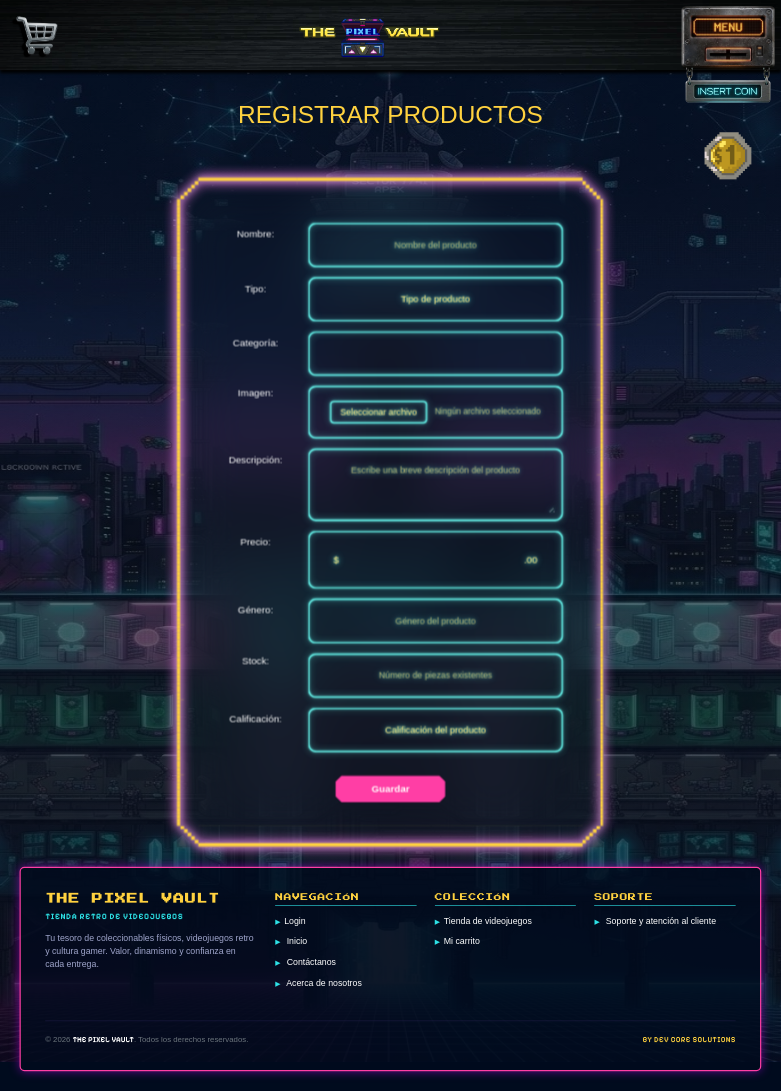
Repository: DianaSGarciaR/The-Pixel-Vault
Page: registroProducts.html
These files come from the project's save history. The page is drawn as it stood at one moment and after a run of saves; the edit follows.
The browser window is 1280 px wide. The pictures show the whole page, at 61% of full size.
Some web fonts or font styles are not loaded; a fallback is used.

Above is the page before, as saved 2026-10-21 14:13:06.
Console error: SyntaxError: Cannot use import statement outside a module

### registroProducts.html
<!DOCTYPE html>
<html lang="en">

<head>
    <meta charset="UTF-8">
    <meta name="viewport" content="width=device-width, initial-scale=1.0">
    <title>Registro de productos</title>
    <!-- !LINK BOOSTRAP-->
    <link href="https://cdn.jsdelivr.net/npm/bootstrap@5.3.8/dist/css/bootstrap.min.css" rel="stylesheet"
        integrity="sha384-sRIl4kxILFvY47J16cr9ZwB07vP4J8+LH7qKQnuqkuIAvNWLzeN8tE5YBujZqJLB" crossorigin="anonymous">
    <!-- !FIN LINK BOOSTRAP-->
    <link rel="stylesheet" href="./styles/registroProducts.css">
    <link rel="stylesheet" href="./styles/styles.css">
    <!--Link de fuente-->
    <style>
        @import url('https://fonts.googleapis.com/css2?family=Inter:ital,opsz,wght@0,14..32,100..900;1,14..32,100..900&family=Pixelify+Sans:wght@400..700&family=Quantico:ital,wght@0,400;0,700;1,400;1,700&display=swap');
    </style>
</head>

<body>
    <!--* --------- INICIO: navbar --------- -->
    <main class="navThePixelVault"></main>
    <!--* --------- FIN: navbar --------- -->
<br>
<br>
    <h1>REGISTRAR PRODUCTOS</h1>
    <br>
    <br>
    <div class="frame-demo" id="frameDemo">
        <!-- El marco amarillo ya no vive aquí: lo dibuja el CSS (.frame-demo::before) con un SVG -->

        <!-- Todos los campos van dentro de .frame-content: es lo que los separa del marco -->
        <div class="frame-content">

            <!--* Inicio de formulario -->
            <form id="registro-products-form" autocomplete="off">
            <div class="mb-3 row">
                <label for="nameProduct" class="col-sm-3 col-form-label titulo-campo">Nombre:</label>
                <div class="col-sm-9">
                    <input type="text" class="form-control" id="nameProduct" name="nameProduct"
                        placeholder="Nombre del producto" required><!--required para que sean obligatorios los campos-->
                </div>
            </div>

            <div class="mb-3 row">
                <label for="tipo" class="col-sm-3 col-form-label titulo-campo">Tipo:</label>
                <div class="col-sm-9">
                    <select class="form-select" aria-label="Default select example" id="tipo" name="tipo" required>
                        <option selected value="" disabled>Tipo de producto</option>
                        <option value="1">Videojuegos</option>
                        <option value="2">Merch</option>
                    </select>
                </div>
            </div>

            <!--Botón de categoría-->
            <div class="mb-3 row">
                <label for="categoria" class="col-sm-3 col-form-label titulo-campo">Categoría:</label>
                <div class="col-sm-9">
                    <select class="form-select" aria-label="Default select example" id="categoria" name="categoria" required>

                    </select>
                </div>
            </div>

            <!-- Función para cambiar dinámicamente las opciones de las categorías dependiendo de si son Videojuegos o Merch -->
            <script>
                //Se eligen los elementos del DOM que vamos a ocupar: el seleccionador del tipo para saber cuál se escogió y el de categoría para renderizar ahí la lista adecuada
                const tipoElement = document.querySelector("#tipo");
                const categoriaElement = document.querySelector("#categoria")

                //Se hacen las dos listas de opciones, dependiendo del tipo de producto
                const opcionesCategoriasVideojuegos = `
                    <option selected value="" disabled>Selecciona la categoría del producto</option>
                    <option value="A">Físico</option>
                    <option value="B">Digital</option>
                    <option value="C">Edición Especial</option>
                    `;
                const opcionesCategoriasMerch = `
                    <option selected value="" disabled>Selecciona la categoría del producto</option>
                    <option value="D">CDs y Viniles</option>
                    <option value="E">Peluches</option>
                    <option value="F">Arte y Pósters</option>
                    <option value="G">Accesorios</option>
                    <option value="H">Ropa y Calzado</option>
                `;

                //Se escucha qué opción se eligió en el seleccionador de tipo y dependiendo de la que escogieron se renderiza la lista pertinente
                tipoElement.addEventListener("change",(e)=>{
                    const valorSeleccionado = e.target.value;
                    if(valorSeleccionado==2){
                        categoriaElement.innerHTML = "";
                        categoriaElement.insertAdjacentHTML("beforeend",opcionesCategoriasMerch);
                    }else{
                        categoriaElement.innerHTML = "";
                        categoriaElement.insertAdjacentHTML("beforeend",opcionesCategoriasVideojuegos);
                    }
                });
            </script>





            <div class="mb-3 row">
                <label for="imagen" class="form-label col-sm-3 titulo-campo">Imagen:</label>
                <div class="col-sm-9">
                    <!--
          El <input type="file"> real queda oculto (clase file-field__input);
          esta <label> es el botón que en verdad se ve. Como la label tiene
          for="imagen", al hacer clic en ella se abre el mismo diálogo de
          "elegir archivo" que abriría el input, sin usar nada de JavaScript.
        -->
                    <label class="form-control file-field" for="imagen">
                        <span class="file-field__button">Seleccionar archivo</span>
                        <span class="file-field__name">Ningún archivo seleccionado</span>
                    </label>
                    <input class="file-field__input" id="imagen" type="file" name="imagen" accept="image/*">
                </div>
            </div>


            <div class="mb-3 row">
                <label for="Descripcion" class="col-sm-3 col-form-label titulo-campo">Descripción:</label>
                <div class="col-sm-9">
                    <textarea class="form-control" id="Descripcion" rows="3" name="descripcion"
                        placeholder="Escribe una breve descripción del producto" required></textarea>
                </div>
            </div>


            <div class="mb-3 row">
                <label for="precio" class="col-sm-3 col-form-label titulo-campo">Precio:</label>
                <div class="col-sm-9">
                    <div class="input-group">
                        <span class="input-group-text">$</span>
                        <input type="number" class="form-control sin-flechas" id="precio" name="precio" min="0"
                            aria-label="Amount (to the nearest dollar)" required>
                        <span class="input-group-text">.00</span>
                    </div>
                </div>
            </div>

            <div class="mb-3 row">
                <label for="genero" class="col-sm-3 col-form-label titulo-campo">Género:</label>
                <div class="col-sm-9">
                    <input type="text" class="form-control" id="genero" name="genero"
                        placeholder="Género del producto" required>
                </div>
            </div>



            <div class="mb-3 row">
                <label for="stock" class="form-label col-sm-3 titulo-campo">Stock:</label>
                <div class="col-sm-9">
                    <input type="number" class="form-control sin-flechas" id="stock" name="stock" list="opcionesNumero" min="1"
                        max="20" placeholder="Número de piezas existentes" required>
                </div>
            </div>

            <div class="mb-3 row">
                <label for="cal" class="col-sm-3 col-form-label titulo-campo">Calificación:</label>
                <div class="col-sm-9">
                    <select class="form-select" aria-label="Default select example" id="cal" name="cal" required>
                        <option selected value=""  disabled>Calificación del producto</option>
                        <option value="1s">⭐</option>
                        <option value="2s">⭐⭐</option>
                        <option value="3s">⭐⭐⭐</option>
                        <option value="4s">⭐⭐⭐⭐</option>
                        <option value="5s">⭐⭐⭐⭐⭐</option>

                    </select>
                </div>
            </div>

            <button type="submit" class="btn btn-fucsia">Guardar</button>
            <div id="resultadoRegistro"></div>
            </form>

        </div>
        <!-- FIN de .frame-content -->

    </div>

    <!--* --------- INICIO: navbar --------- -->
    <footer class="footer-container"></footer>
    <!--* --------- FIN: navbar --------- -->

    <!-- ! ENLACES DE ARCHIVOS JAVASCRIP-->
    <script src="./javascript/globalElements.js"></script>
    <script src="./javascript/registroProducts.js"></script>
    <!-- ! FIN DE ENLACES DE ARCHIVOS JAVASCRIP-->
    <!-- !LINK BOOSTRAP-->
    <script src="https://cdn.jsdelivr.net/npm/bootstrap@5.3.8/dist/js/bootstrap.bundle.min.js"
        integrity="sha384-FKyoEForCGlyvwx9Hj09JcYn3nv7wiPVlz7YYwJrWVcXK/BmnVDxM+D2scQbITxI"
        crossorigin="anonymous"></script>
    <!-- !FIN LINK BOOSTRAP-->
</body>

</html>

### styles/registroProducts.css
h1 {
  color: var(--yellow-accent);
  text-align: center;
  /* El tamaño del título se adapta proporcionalmente entre 1.8rem y 2.5rem según la pantalla */
  font-size: clamp(1.5rem, 4vw, 2.5rem);
  font-family: var(--font-pixel-body);
}

/* MARCO NEÓN DEL FORMULARIO */
.frame-demo {
  position: relative;
  backdrop-filter: blur(50px);
  z-index: 1;

  /* 1. Usamos clamp() en los bordes en vw para que no aplasten el contenido en móviles */
  border: clamp(12px, 4vw, 35px) solid transparent;

  height: auto;

  /* 2. En lugar de un min-width estricto, usamos min() para que se adapte al 90% o hasta 700px de forma segura */
  width: min(90%, 700px);

  /* 3. margin con 'auto' a los lados para asegurar que siempre esté centrado */
  margin: 1.5rem auto;

  box-sizing: border-box; /* Evita que paddings o bordes rompan el ancho total */
}

.frame-demo::before {
  position: absolute;
  z-index: -1;
  content: "";

  /* Sincronizamos el marco exterior de manera fluida con el borde del contenedor */
  top: clamp(-35px, -4vw, -12px);
  left: clamp(-35px, -4vw, -12px);
  right: clamp(-35px, -4vw, -12px);
  bottom: clamp(-35px, -4vw, -12px);

  border: clamp(12px, 4vw, 35px) solid transparent;
  border-image-slice: 6;
  border-image-repeat: repeat;
  border-image-source: url('../assets/marco-pixel-amarillo.svg');
  filter: drop-shadow(0 0 10px #ff00ea) drop-shadow(0 0 5px #ffffff);
}

.frame-content {
  /* El relleno interior también se reduce proporcionalmente con la pantalla */
  padding: clamp(1.5rem, 3vw, 2.75rem) clamp(1rem, 2.5vw, 2.25rem);
}

/* ETIQUETAS (Títulos de campo) */
.titulo-campo {
  font-family: var(--font-pixel-body);
  color: white;
  /* La fuente se achica de forma fluida */
  font-size: clamp(0.8rem, 2vw, 1rem);
  display: block;
  text-align: center;
  margin-bottom: 0.4rem;
}

/* CAMPOS DEL FORMULARIO (Inputs y Selects) */
.frame-content .form-control,
.frame-content .form-select,
.frame-content .input-group {
  background-color: transparent;
  color: #ffe27a;
  border: 14px solid transparent;
  border-image: url("data:[embedded picture, 218 characters]")
    24 / 14px stretch;
  border-radius: 0;
  /* Padding interno proporcional para que el texto y placeholder respiren sin cortarse */
  padding: clamp(0.4rem, 1.5vw, 0.7rem) clamp(0.5rem, 2vw, 1rem);
  box-shadow: none;
  font-family: var(--font-pixel-body);
  /* El texto y los placeholders se achican proporcionalmente de tamaño */
  font-size: clamp(0.75rem, 2vw, 0.95rem) !important;
  text-align: center;

  filter: drop-shadow(0 0 2px rgba(102, 245, 236, 0.85))
          drop-shadow(0 0 6px rgba(102, 245, 236, 0.55));
}

/* Restricción de spinner en inputs numéricos */
input.sin-flechas::-webkit-outer-spin-button,
input.sin-flechas::-webkit-inner-spin-button {
  -webkit-appearance: none;
  margin: 0;
}

input.sin-flechas {
  -moz-appearance: textfield;
}

.frame-content .form-control:focus,
.frame-content .form-select:focus {
  background-color: transparent;
  color: #ffe27a;
  box-shadow: none;
  filter: drop-shadow(0 0 3px rgba(102, 245, 236, 1))
          drop-shadow(0 0 9px rgba(102, 245, 236, 0.75));
}

.frame-content .form-control::placeholder {
  color: rgba(255, 226, 122, 0.6);
  font-size: 0.95em;
}

.frame-content .input-group .form-control,
.frame-content .input-group .input-group-text {
  border: none;
  background-color: transparent;
  color: #ffe27a;
  filter: none;
}

.frame-content .form-select {
  background-image: none;
  color-scheme: dark;
}

.frame-content .form-select option {
  background-color: #0b1130;
  color: #ffe27a;
}

/* CAMPO DE IMAGEN */
.frame-content .file-field__input {
  position: absolute;
  width: 1px;
  height: 1px;
  padding: 0;
  margin: -1px;
  overflow: hidden;
  clip: rect(0, 0, 0, 0);
  white-space: nowrap;
  border: 0;
}

.frame-content .file-field {
  display: flex;
  flex-wrap: wrap;
  justify-content: center;
  align-items: center;
  gap: 0.8rem;
  cursor: pointer;
  width: 100%;
}

.frame-content .file-field__button {
  border: 2px solid #66f5ec;
  border-radius: 6px;
  padding: 0.35rem 0.9rem;
  color: #ffe27a;
  font-size: clamp(0.75rem, 1.8vw, 0.9rem);
  transition: background-color 0.2s ease;
}

.frame-content .file-field__name {
  color: rgba(255, 226, 122, 0.6);
  font-size: clamp(0.7rem, 1.8vw, 0.85rem);
  word-break: break-word;
  max-width: 100%;
  text-align: center;
}

.frame-content .file-field:hover .file-field__button {
  background-color: rgba(102, 245, 236, 0.15);
}

.frame-content .file-field__input:focus ~ .file-field .file-field__button {
  box-shadow: 0 0 0 2px rgba(102, 245, 236, 0.5);
}

/* BOTÓN GUARDAR */
.btn-fucsia {
  display: block;
  width: 100%;
  max-width: 180px;
  margin: clamp(1.5rem, 3vw, 3rem) auto 0;
  padding: 10px 20px;
  background-color: var(--border-color) !important;
  color: #ffffff;
  font-family: var(--font-pixel-body);
  font-weight: bold;
  font-size: clamp(0.85rem, 2vw, 1rem);
  border: none !important;
  border-radius: 0 !important;

  clip-path: polygon(
    10px 0,
    calc(100% - 10px) 0,
    100% 10px,
    100% calc(100% - 10px),
    calc(100% - 10px) 100%,
    10px 100%,
    0 calc(100% - 10px),
    0 10px
  );

  filter: drop-shadow(0 0 8px rgba(255, 0, 127, 0.8));
  transition: transform 0.2s ease, filter 0.2s ease;
  cursor: pointer;
}

.btn-fucsia:hover {
  transform: scale(1.05);
  filter: drop-shadow(0 0 14px rgba(255, 0, 127, 1));
}

Loaded but not shown: assets/marco-pixel-amarillo.svg (66 lines, source omitted); javascript/globalElements.js (361 lines, source omitted); javascript/registroProducts.js (496 lines, source omitted); styles/styles.css (1016 lines, source omitted)

After the next 2 saves:
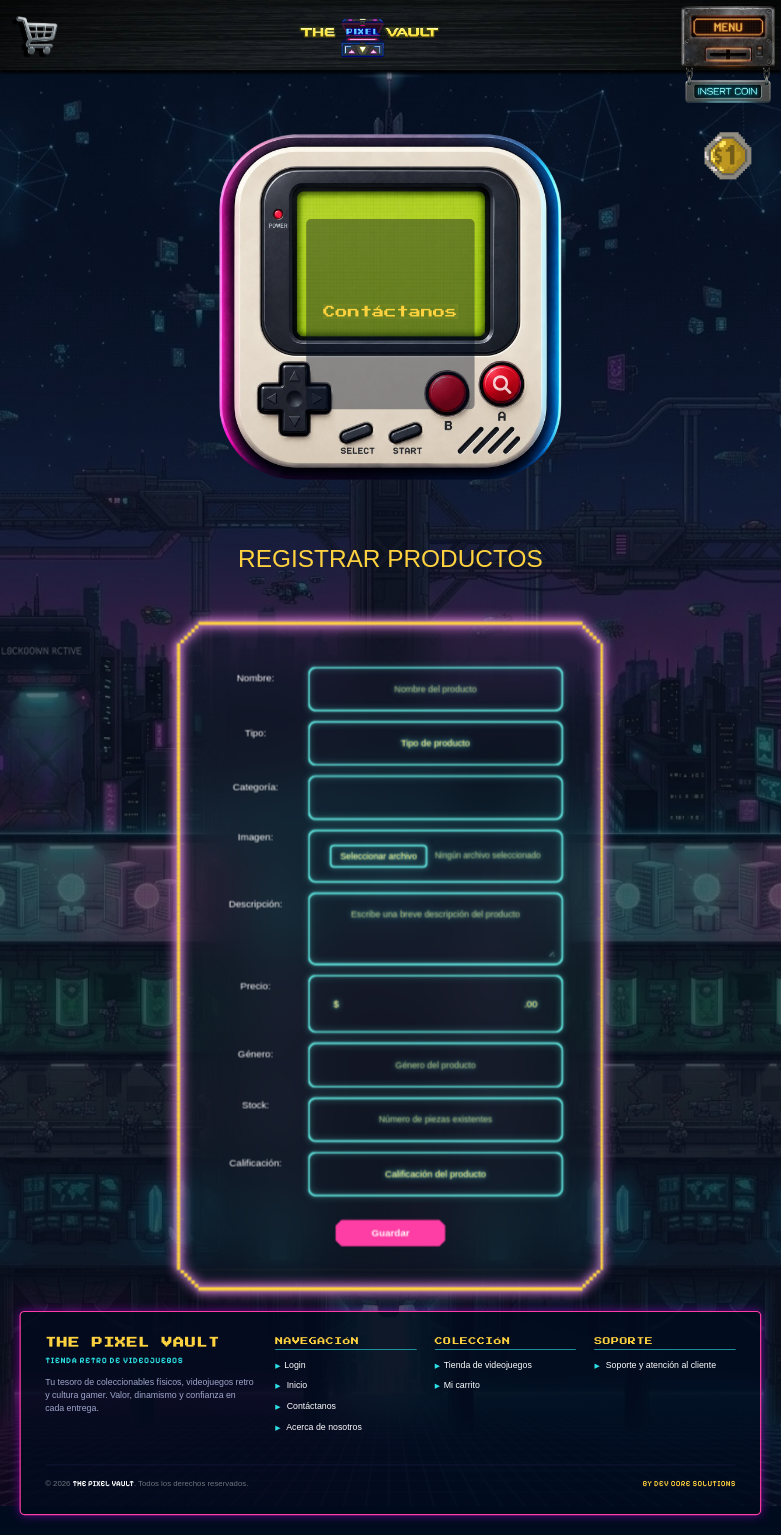
The 2 saves are shown as one change because they came seconds apart.
The last was saved 18 s later.
--- a/registroProducts.html
+++ b/registroProducts.html
@@ -22,6 +22,17 @@
     <main class="navThePixelVault"></main>
     <!--* --------- FIN: navbar --------- -->
 <br>
+    <!-- Banner principal de la página. -->
+    <section class="banner-container">
+        <!-- Imagen de fondo -->
+        <img class="banner-frame" src="./assets/bannercontactanos.webp" alt="Marco del banner"> <!--Puse el ./ (Beto)-->
+
+        <!-- Título  -->
+        <div class="banner-screen">
+            <h5 class="yellow-accent btn-yellow quantico, head">Contáctanos</h5>
+        </div>
+    </section>
+
 <br>
     <h1>REGISTRAR PRODUCTOS</h1>
     <br>
